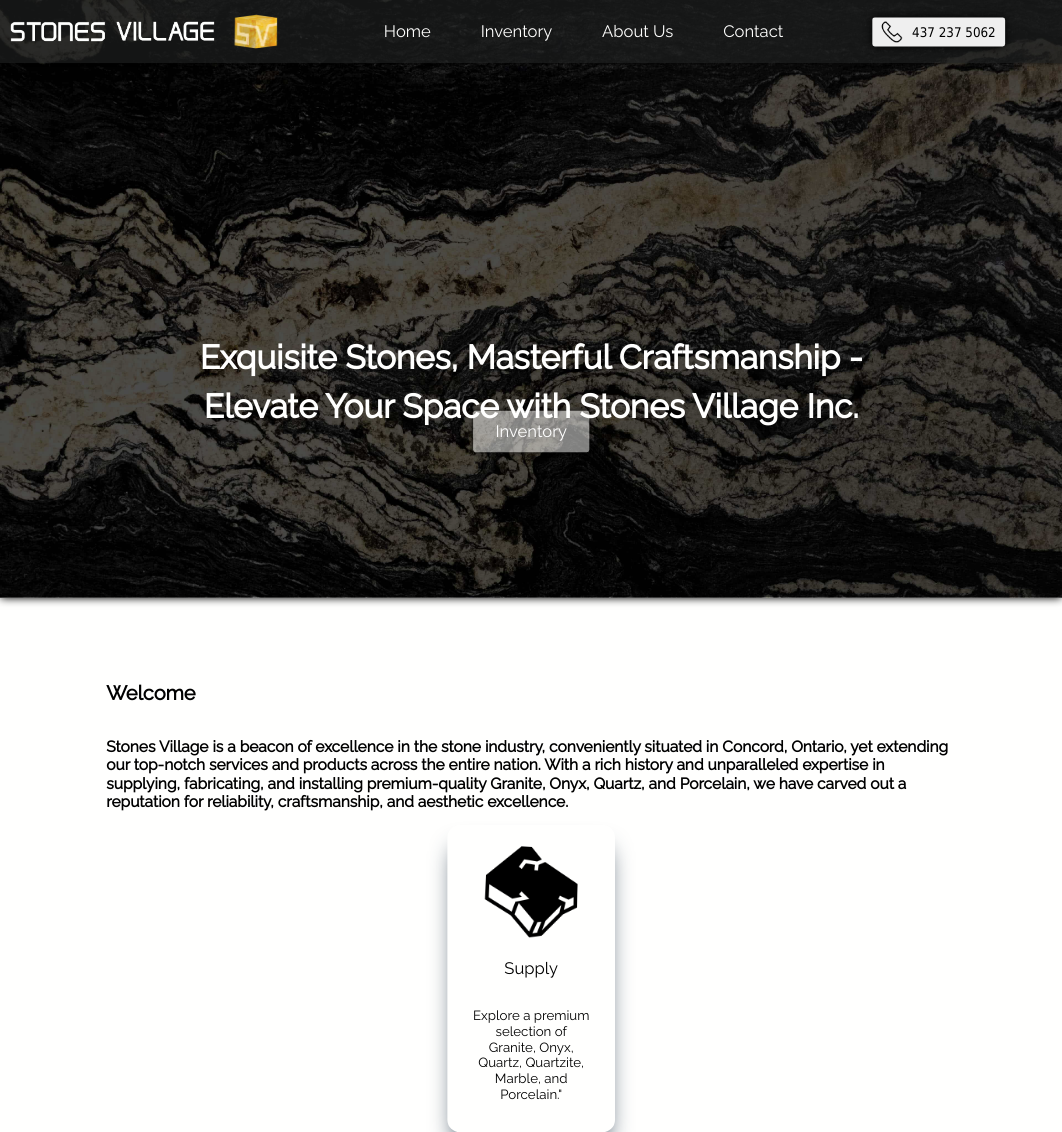
Repository: shayanabedi98/Stones-Village
Page: index.html
These files come from the project's save history. The page is drawn as it stood at one moment and after the next save; the edit follows.
The browser window is 1280 px wide. The pictures show the whole page, at 83% of full size.
Backgrounds fixed to the window are drawn as part of the page.

Above is the page before, as saved 2023-10-22 16:36:51.

### index.html
<!DOCTYPE html>
<html lang="en">
<head>
    <meta charset="UTF-8">
    <meta name="viewport" content="width=device-width, initial-scale=1.0">
    <title>Stones Village | Home</title>
    <link rel="preconnect" href="https://fonts.googleapis.com">
    <link rel="preconnect" href="https://fonts.gstatic.com" crossorigin>
    <link href="https://fonts.googleapis.com/css2?family=Raleway&display=swap" rel="stylesheet">
    <link rel="stylesheet" href="styles.css">
</head>
<body>
    <div class="grid-container">
        <div class="navbar">
            <div class="logo">
                <img id="logo-name" src="./resources/sv-name.png" alt="Company name">
                <img id="logo-cube" src="./resources/sv-cube.png" alt="Company logo">
            </div>
            <div class="navbar-menu">
                <ul>
                    <li><a href="./">Home</a></li>
                    <li><a href="./inventory">Inventory</a></li>
                    <li><a href="./about-us">About Us</a></li>
                    <li><a href="./contact">Contact</a></li>
                </ul>
            </div>
            <div class="navbar-tel">
                <button><a href="tel:+14372375062">
                    <img src="./resources/telephone-svgrepo-com.png" alt="Contact By Number">
                    437 237 5062
                </a></button>
            </div>
        </div>
        <div class="banner">
            <!-- Background Image -->
        </div>
        <div class="banner-overlay">
            <h1>Exquisite Stones, Masterful Craftsmanship - Elevate Your Space with Stones Village Inc.</h1>
            <button>Inventory</button>
        </div>
        <div class="services-container">
            <h2>Welcome</h2>
            <h3>Stones Village is a beacon of excellence in the stone industry, conveniently situated in Concord, Ontario, yet extending our top-notch services and products across the entire nation. With a rich history and unparalleled expertise in supplying, fabricating, and installing premium-quality Granite, Onyx, Quartz, and Porcelain, we have carved out a reputation for reliability, craftsmanship, and aesthetic excellence.</h3>
            <div class="card-container">
                <div class="card">
                    <img src="./resources/stone-tablet-svgrepo-com.png" alt="Icon of Stone Slab">
                    <div class="card-text"></div>
                    <p class="card-name">Supply</p>
                    <p class="card-description">Explore a premium selection of Granite, Onyx, Quartz, Quartzite, Marble, and Porcelain."</p>
                </div>
            </div>

            <!-- Free Quotations
Stonica Group Inc. offers no-obligation, comprehensive quotes for all project sizes. Our experts provide a detailed cost estimate, ensuring transparency and no hidden charges.


Measurements
We use advanced tools for precise project measurements, considering the environment and potential challenges to ensure seamless integration of our fabrications into your space.


Fabrication
Our high-quality fabrication service is handled by a skilled team and cutting-edge facilities. We handle various materials and complexities, ensuring the finished product meets the highest industry standards.


Installation
Our trained professionals carry out careful and precise installations. We also perform comprehensive checks post-installation, ensuring a perfect fit and function. Your satisfaction is our ultimate goal. -->
        </div>
    </div>
    <script src="./index.js"></script>
</body>
</html>

### styles.css
body {
    background-color: #FFFFFE;
    color: #000000;
    font-family: 'Raleway', sans-serif;
    margin: 0;
    padding: 0;
}

.navbar {
    display: grid;
    grid-template-columns: 0.5fr 1fr 0.5fr;
    background-color: rgba(29, 31, 31, 0.7);
    box-shadow: 0 0 5px 0 rgb(0, 0, 0);
    padding: 10px;
    position: fixed;
    width: 100%;
    z-index: 1;
}

.logo {
    display: flex;
    align-items: center;
    justify-content: center;
}

#logo-cube {
    height: 42px;
    margin-left: 20px;
    cursor: pointer;
}

#logo-name {
    height: 28px;
    cursor: pointer;
}

.navbar-menu {
    display: grid;
    align-items: end;
}

.navbar-menu ul {
    display: flex;
    align-content: center;
    justify-content: center;
    list-style-type: none;
}

.navbar-menu a {
    text-decoration: none;
    color: #FFFFFE;
    font-size: 20px;
    margin-left: 60px;
}

.navbar-menu a:hover {
    color: #E0B739;
    transition: 0.3s;
    border-bottom: 8px solid #E0B739;
}

.navbar-menu a:not(:hover) {
    color: #FFFFFE;
    border-bottom: 0px;
    transition: 0.3s;
}

.navbar-tel {
    display: flex;
    justify-content: center;
    align-items: center;
}

.navbar-tel button {
    height: 35px;
    width: 160px;
    border: none;
    border-radius: 3px;
    box-shadow: 0 0 10px 0 rgb(0, 0, 0);
}

.navbar-tel img {
    height: 25px;
    margin-right: 12px;
}

.navbar-tel a {
    text-decoration: none;
    color: black;
    font-family: Tahoma, Verdana, sans-serif;
    font-size: 16px;
    display: flex;
    align-items: center;
    justify-content: center;
}

.banner {
    background-attachment: fixed;
    height: 100vh;
    background-size: 2100px;
    background-repeat: no-repeat;
    background-position: 0 -400px;
    transition: opacity 1s ease-in-out, background-size 0s, background-position 0s;
}

.banner-overlay {
    background-color: rgba(0, 0, 0, 0.7);
    box-shadow: 0 0 10px 0 black;
    display: grid;
    grid-template-rows: 0.8fr 1fr;
    justify-items: center;
    align-items: center;
    text-align: center;
    position: absolute;
    height: 100vh;
    width: 100%;
    top: 0;
}

.banner-overlay h1 {
    margin: 0;
    color: #FFFFFE;
    position: relative;
    font-size: 40px;
    top: 300px;
    width: 70%;
    line-height: 60px;
}

.banner-overlay button {
    font-family: 'Raleway', sans-serif;
    background-color: rgba(255, 255, 254, 0.5);
    color: white;
    border: none;
    border-radius: 3px;
    font-size: 20px;
    width: 140px;
    height: 50px;
    box-shadow: 0 0 2px 0 black;
    cursor: pointer;
}

.banner-overlay button:hover {
    box-shadow: 0 0 15px 0 black;
    background-color: rgb(224, 183, 57);
    transition: 0.3s;
}

.banner-overlay button:not(:hover) {
    box-shadow: 0 0 5px 0 black;
    transition: 0.3s;
}

.services-container {
    display: grid;
    justify-items: center;
    margin-top: 80px;
}

.services-container h2, h3 {
    width: 80%;
}

.card-container {
    display: grid;
    width: 100%;
    justify-items: center;
}

.card {
    width: 15%;
    display: grid;
    justify-items: center;
    border-radius: 15px;
    box-shadow: rgb(38, 57, 77) 0px 20px 30px -10px;
    text-align: center;
    padding: 20px 5px;
}

.card img {
    height: 120px;
}

.card-name {
    font-size: 20px;
}

.card-description {
    width: 75%;
}

### index.js
const banner = document.querySelector('.banner');
const bannerImg = ['./resources/aaron-huber-G7sE2S4Lab4-unsplash.jpg', './resources/black-marble-texture2-min2.jpg', './resources/engin-akyurt-m555vEfryhE-unsplash.jpg', './resources/marble-2398956_1920.jpg'];
let bannerImgIndex = 0;
const logoName = document.querySelector('#logo-name');
const logoCube = document.querySelector('#logo-cube');
const navbar = document.querySelector('.navbar');

logoCube.addEventListener('click', () => {
    window.location.replace('./')
})

logoCube.addEventListener('mouseover', () => {
    navbar.style.backgroundColor = 'rgba(224, 183, 57,0.3)'
    navbar.style.transition = '4s'
})

logoCube.addEventListener('mouseout', () => {
    navbar.style.backgroundColor = 'rgba(29, 31, 31, 0.7)'
    navbar.style.transition = '2s'
})

logoName.addEventListener('click', () => {
    window.location.replace('./')
})

logoName.addEventListener('mouseover', () => {
    navbar.style.backgroundColor = 'rgba(224, 183, 57,0.3)'
    navbar.style.transition = '4s'
})

logoName.addEventListener('mouseout', () => {
    navbar.style.backgroundColor = 'rgba(29, 31, 31, 0.7)'
    navbar.style.transition = '2s'
})

const bannerImgChanger = () => {
    banner.style.opacity = '0'
    bannerImgIndex = (bannerImgIndex + 1) % bannerImg.length;
    banner.style.background = `url(${bannerImg[bannerImgIndex]})`;

    if (bannerImgIndex === 0) {
        banner.style.backgroundSize = '2100px';
        banner.style.backgroundPosition = '0 -400px'
        banner.style.backgroundAttachment = 'fixed';
        banner.style.opacity = '1'
        banner.style.transition = 'opacity 1s ease-in, background-size 0s, background-position 0s;';
        setTimeout(() => {
            banner.style.opacity = '0'
        }, 7000)

    } else if (bannerImgIndex === 1) {
        banner.style.backgroundSize = '2000px';
        banner.style.backgroundAttachment = 'fixed';
        banner.style.opacity = '1'
        banner.style.transition = 'opacity 1s ease-in, background-size 0s, background-position 0s;';
        setTimeout(() => {
            banner.style.opacity = '0'
        }, 7000)

    } else if (bannerImgIndex === 2) {
        banner.style.backgroundAttachment = 'fixed';
        banner.style.opacity = '1'
        banner.style.transition = 'opacity 1s ease-in, background-size 0s, background-position 0s;';
        setTimeout(() => {
            banner.style.opacity = '0'
        }, 7000)
    } else if (bannerImgIndex === 3) {
        banner.style.backgroundAttachment = 'fixed';
        banner.style.opacity = '1'
        banner.style.transition = 'opacity 1s ease-in, background-size 0s, background-position 0s;';
        setTimeout(() => {
            banner.style.opacity = '0'
        }, 7000)
    }
};

bannerImgChanger();

setInterval(bannerImgChanger, 8000)

After the next save:
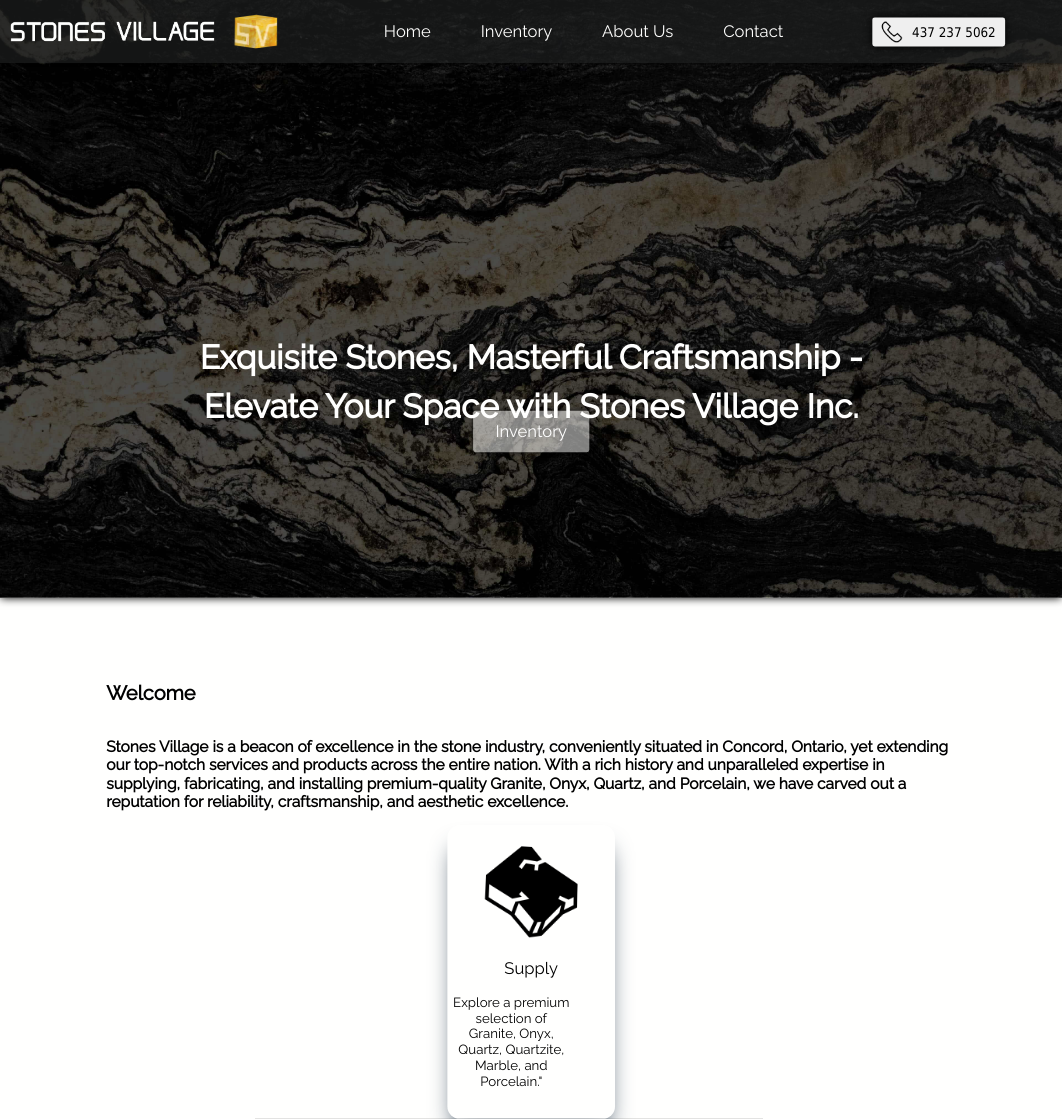
Saved 9 s later.
--- a/index.html
+++ b/index.html
@@ -44,9 +44,10 @@
             <div class="card-container">
                 <div class="card">
                     <img src="./resources/stone-tablet-svgrepo-com.png" alt="Icon of Stone Slab">
-                    <div class="card-text"></div>
-                    <p class="card-name">Supply</p>
-                    <p class="card-description">Explore a premium selection of Granite, Onyx, Quartz, Quartzite, Marble, and Porcelain."</p>
+                    <div class="card-text">
+                        <p class="card-name">Supply</p>
+                        <p class="card-description">Explore a premium selection of Granite, Onyx, Quartz, Quartzite, Marble, and Porcelain."</p>
+                    </div>
                 </div>
             </div>
 
